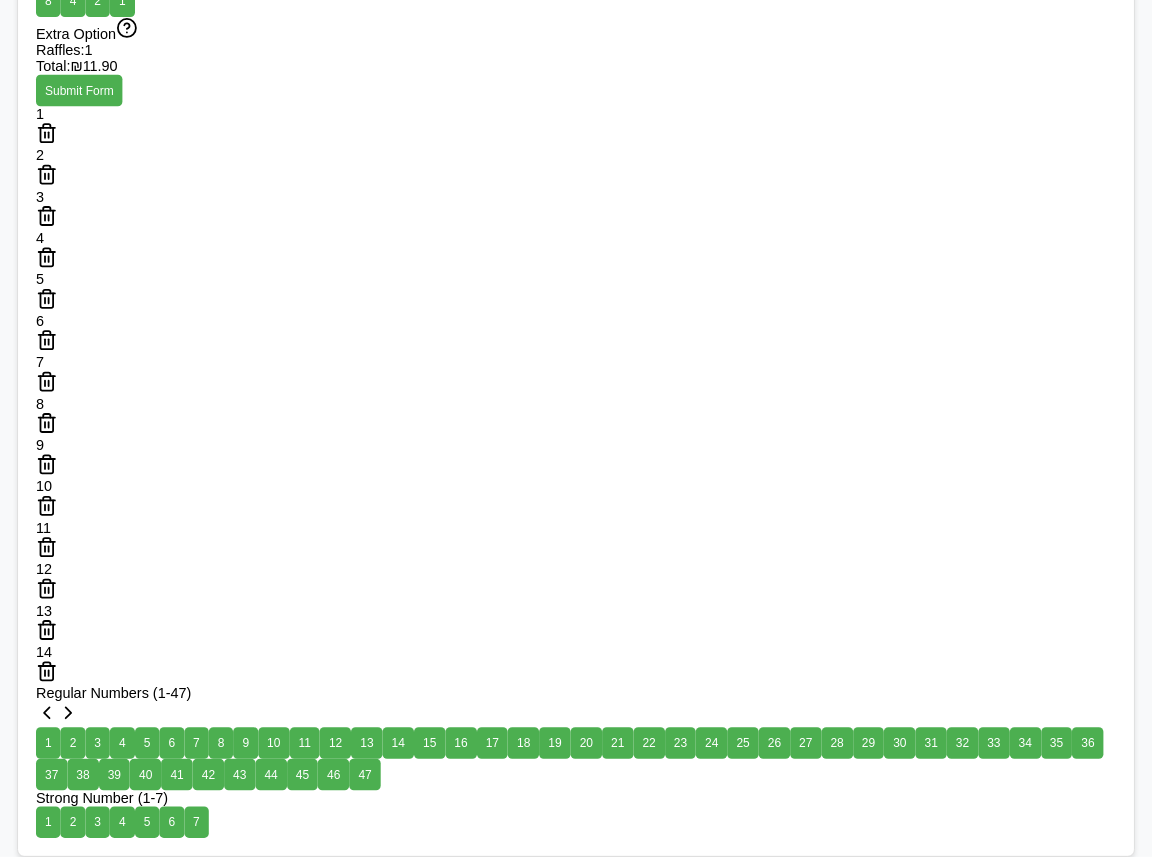
Repository: Giltih/LottoForm1
Page: /
These files come from the project's save history. The page is drawn as it stood at one moment and after the next save; the edit follows.
The browser window is 1280 px wide. The pictures show the whole page, at 90% of full size.
The project was rebuilt for these pictures with package versions that can differ from the ones it lists, and the page was loaded fresh each time. Also part of the build but not shown: vite.config.ts.

Above is the page before, as saved 2025-02-09 21:08:14.

After the next save:
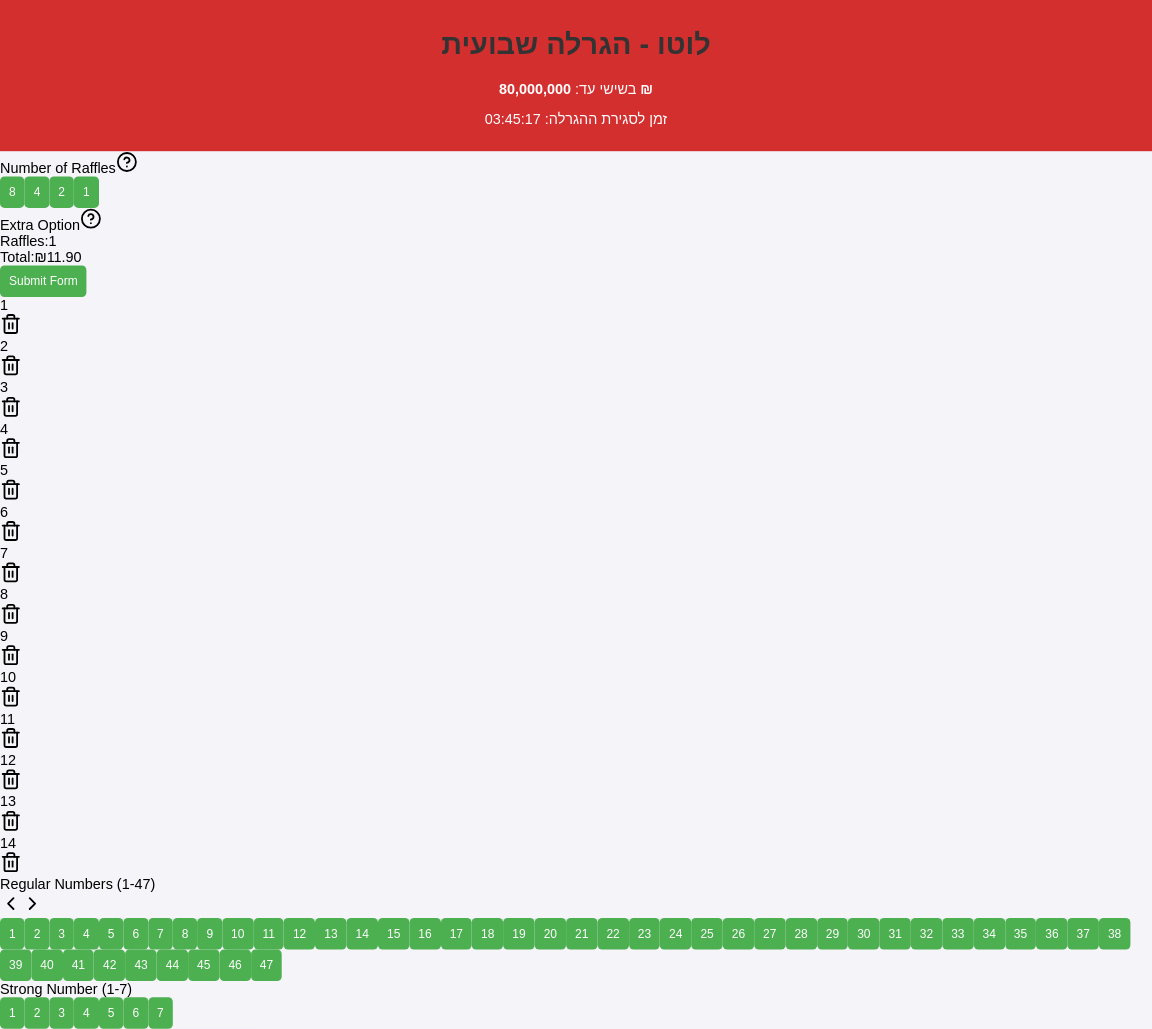
Saved 90 s later.
--- a/src/App.css
+++ b/src/App.css
@@ -1,4 +1,4 @@
-body {
+/* body {
   font-family: Arial, sans-serif;
   background-color: #f8f9fa;
   margin: 0;
@@ -57,4 +57,4 @@
 
 .numbersGrid button.selected {
   background-color: #487184;
-}
+} */

After the save that followed:
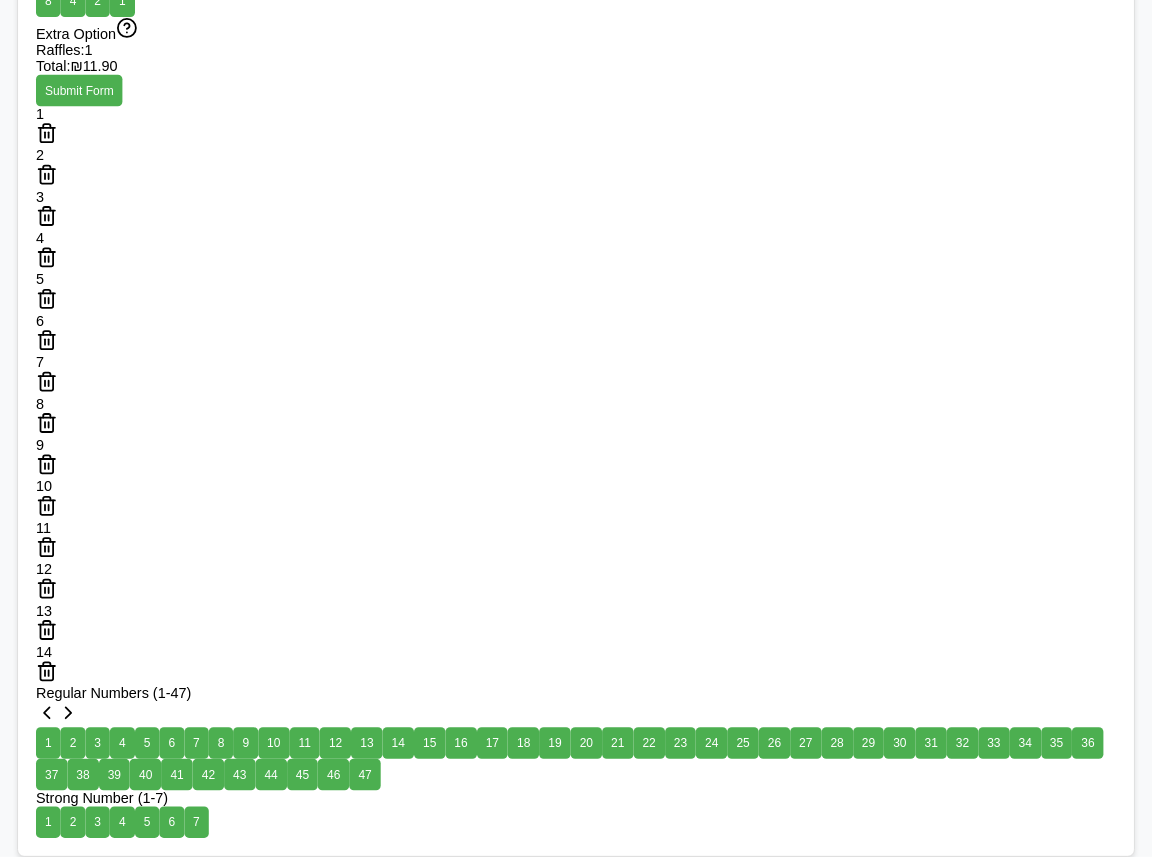
Saved 9 min 52 s later.
--- a/src/App.css
+++ b/src/App.css
@@ -1,4 +1,4 @@
-/* body {
+body {
   font-family: Arial, sans-serif;
   background-color: #f8f9fa;
   margin: 0;
@@ -57,4 +57,4 @@
 
 .numbersGrid button.selected {
   background-color: #487184;
-} */
+}
